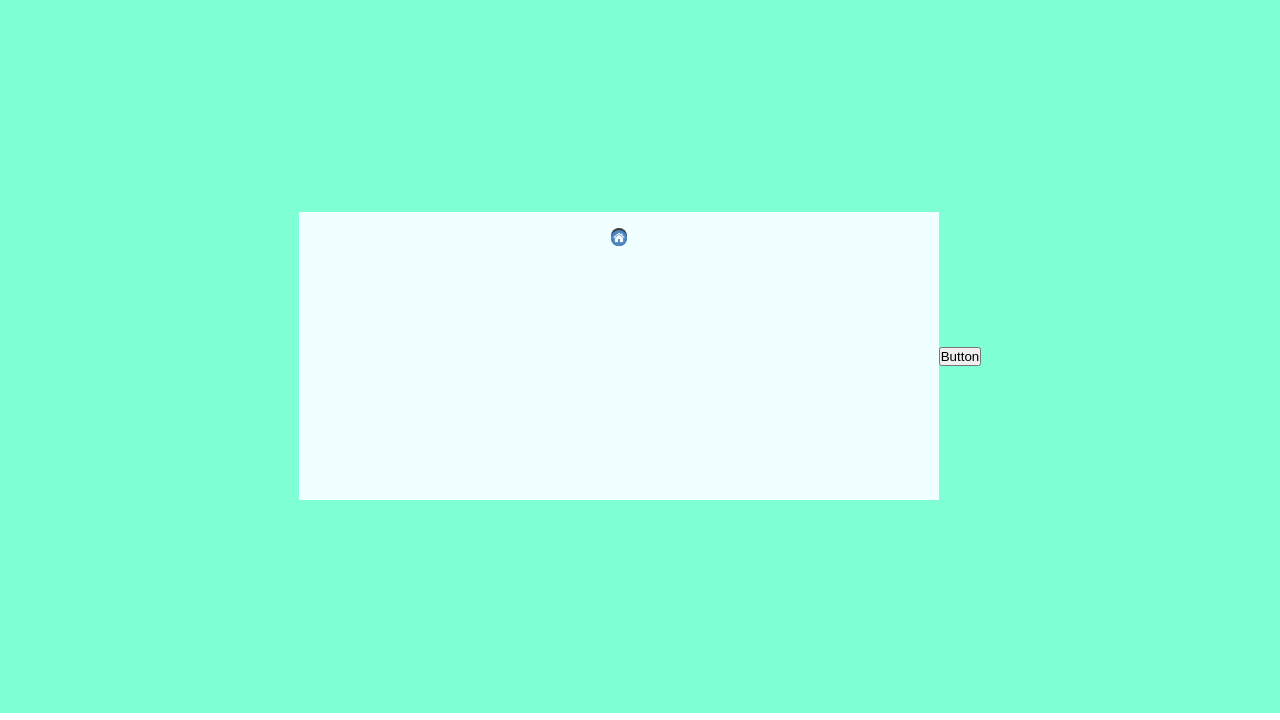
Repository: gitveerak/git-message-chat
Page: demo/demo.html
These files come from the project's save history. The page is drawn as it stood at one moment and after the next save; the edit follows.
The browser window is 1280 px wide. The pictures show the whole page.

Above is the page before, as saved 2025-04-19 16:47:32.

### demo/demo.html
<!DOCTYPE html>
<html lang="en">
<head>
    <meta charset="UTF-8">
    <meta name="viewport" content="width=device-width, initial-scale=1.0">
    <title>Demo Page</title>
    <style>
        *{
            padding: 0;
            margin: 0;
            box-sizing: border-box;
        }
        .wrap{
            height: 99vh;
            width: 100vw;
            background-color: aquamarine;
            display: flex;
            justify-content: center;
            align-items: center;
        }
        .wrap_inner{
            display: block;
            width: 50vw;
            height: 40vh;
            background-color:azure;
            .icon{
                width: 100%;
                position: relative;
                padding-top: 1em;
                /* display: none; */
                .icon_inner{
                    position: absolute;
                    top: 1em;
                    left: 50%;
                    transform: translateX(-50%);
                    background-color: rgb(56, 56, 56);
                    border-radius: 5em;
                    /* animation: icon 1s ease forwards; */
                    .img_icon{
                        vertical-align: bottom;
                        animation: img_icon 1s ease forwards;
                    }
                }
            }
        }
        @keyframes icon{
            0%{
                width: 3vw;
            }
            10%{
                width: 5vw;
            }
            20%{
                width: 11vw;
            }
            30%{
                width: 17vw;
            }
            40%{
                width: 23vw;
            }
            50%{
                width: 29vw;
            }
            60%{
                width: 30vw;
            }
            70%{
                width: 30vw;
            }
            80%{
                width: 30vw;
            }
            100%{
                width: 30vw;
            }
        }
        @keyframes img_icon {
            0%{
                width: 3em;
            }
            100%{
                width: 1em;
            }
        }
        .wrap_inner:hover{
            .img_icon{
                display: block;
            }
        }
    </style>
</head>
<body>
    <div class="wrap">
        <div class="wrap_inner">
            <div class="icon">
                <div class="icon_inner">
                    <img class="img_icon" src="home.png" alt="home_png">
                </div>
            </div>
        </div>
        <button type="button" onclick="btn()">Button</button>
    </div>
    <script>
        const icon = document.querySelector('.icon');
        function btn() {
            icon.style.display='block';
            setTimeout(() => {
            icon.style.display='none';
            }, 6000);
        }

    </script>
</body>
</html>

After the next save:
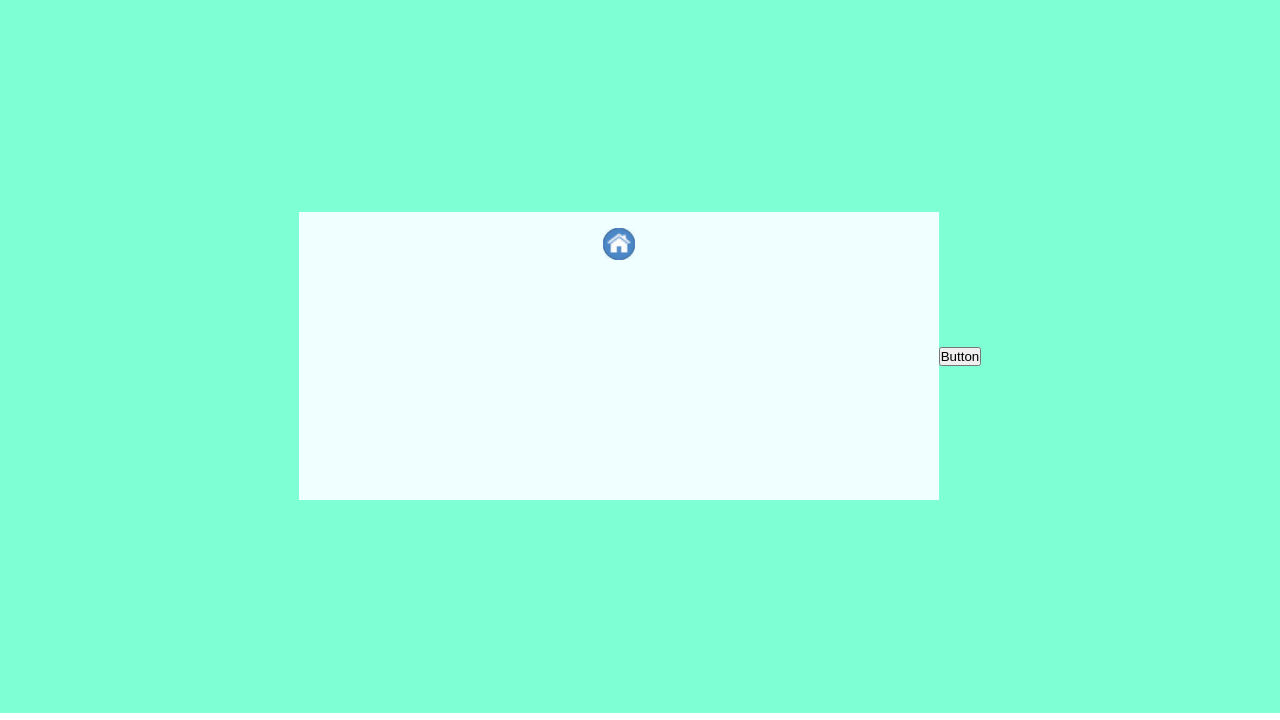
Saved 17 s later.
--- a/demo/demo.html
+++ b/demo/demo.html
@@ -80,7 +80,7 @@
                 width: 3em;
             }
             100%{
-                width: 1em;
+                width: 2em;
             }
         }
         .wrap_inner:hover{

After the save that followed:
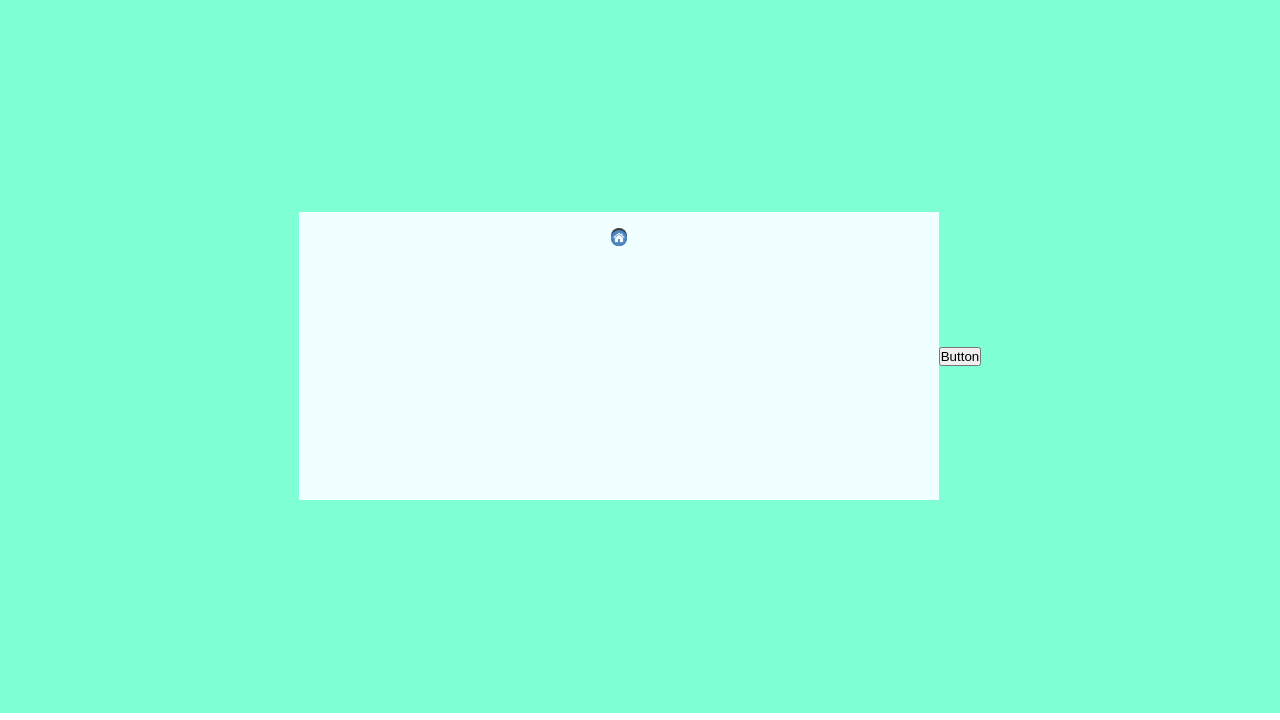
Saved 17 s later.
--- a/demo/demo.html
+++ b/demo/demo.html
@@ -77,10 +77,10 @@
         }
         @keyframes img_icon {
             0%{
-                width: 3em;
+                width: 2em;
             }
             100%{
-                width: 2em;
+                width: 1em;
             }
         }
         .wrap_inner:hover{
